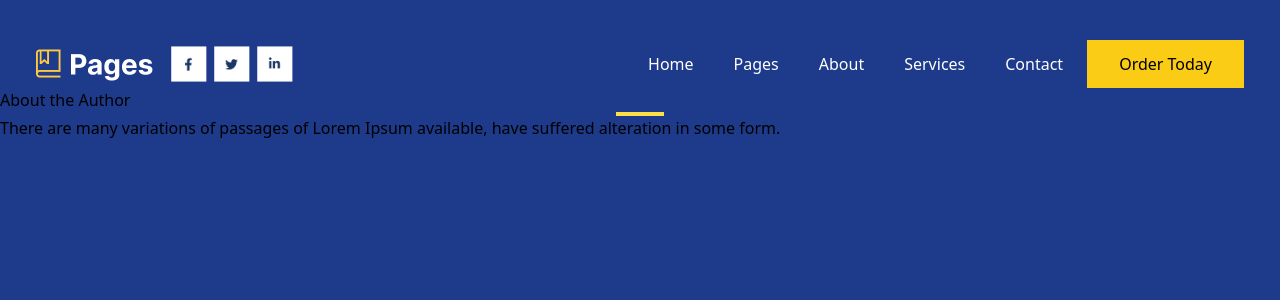
Repository: Godnorg/Class3
Page: index.html
These files come from the project's save history. The page is drawn as it stood at one moment and after the next save; the edit follows.
The browser window is 1280 px wide. The pictures show the whole page.
Some web libraries are served in a nearby version.

Above is the page before, as saved 2023-02-18 00:51:43.

After the next save:
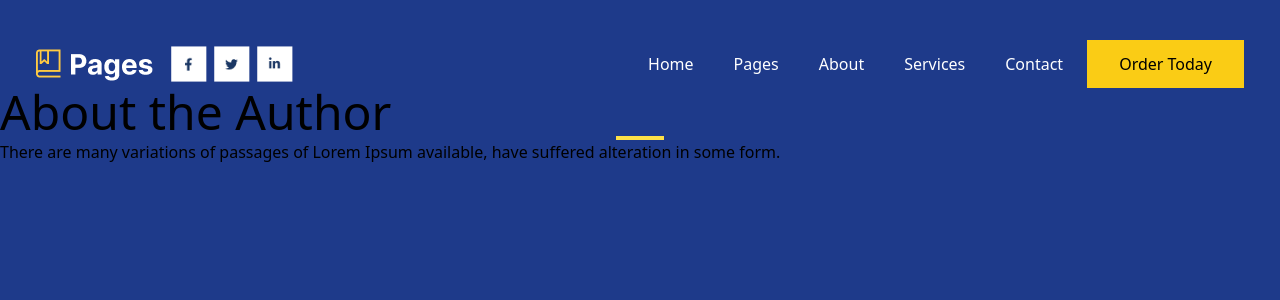
Saved 15 s later.
--- a/index.html
+++ b/index.html
@@ -24,7 +24,7 @@
         <button class="px-8 py-3 mx-auto bg-yellow-400 font-sans-serif">Order Today</button>
     </div>
     </div>
-    <h1 class="text-">About the Author</h1>
+    <h1 class="text-5xl">About the Author</h1>
         <div
             class="items-center w-12 h-1 mx-auto text-center bg-yellow-300">
         </div>
